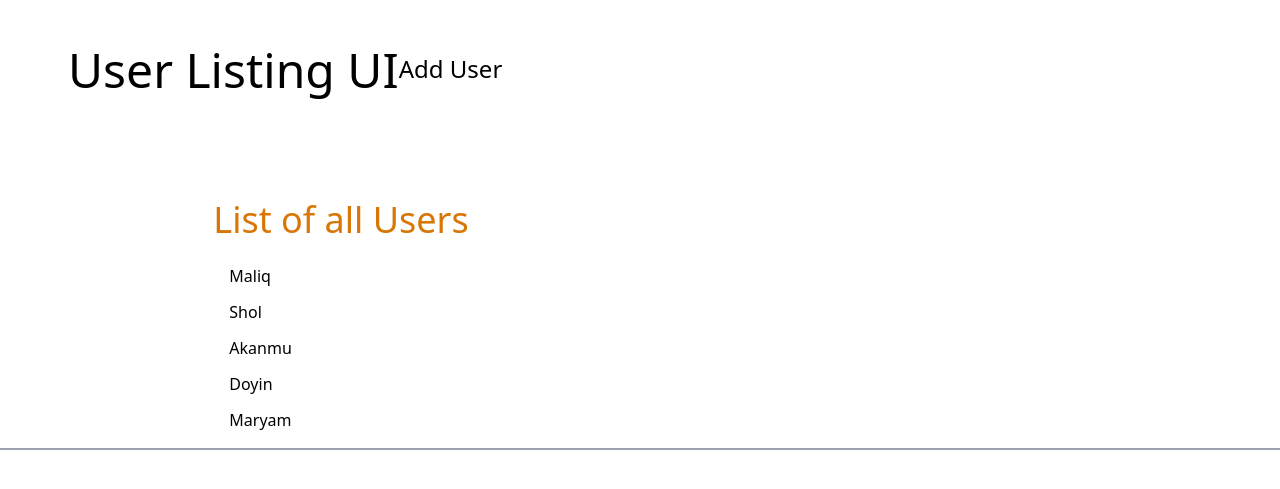
Repository: Marlstergo/listings
Page: /edit (app in client/)
These files come from the project's save history. The page is drawn as it stood at one moment and after the next save; the edit follows.
The browser window is 1280 px wide. The pictures show the whole page.
The project was rebuilt for these pictures with package versions that can differ from the ones it lists, and the page was loaded fresh each time. Also part of the build but not shown: client/craco.config.js, client/src/components/Loader.js, client/src/components/Order.js, client/src/components/Modal.js. Imported but missing from the stored project, and not drawn on this page: client/src/components/Base, client/src/components/Toppings.

Above is the page before, as saved 2021-07-20 23:54:46.

After the next save:
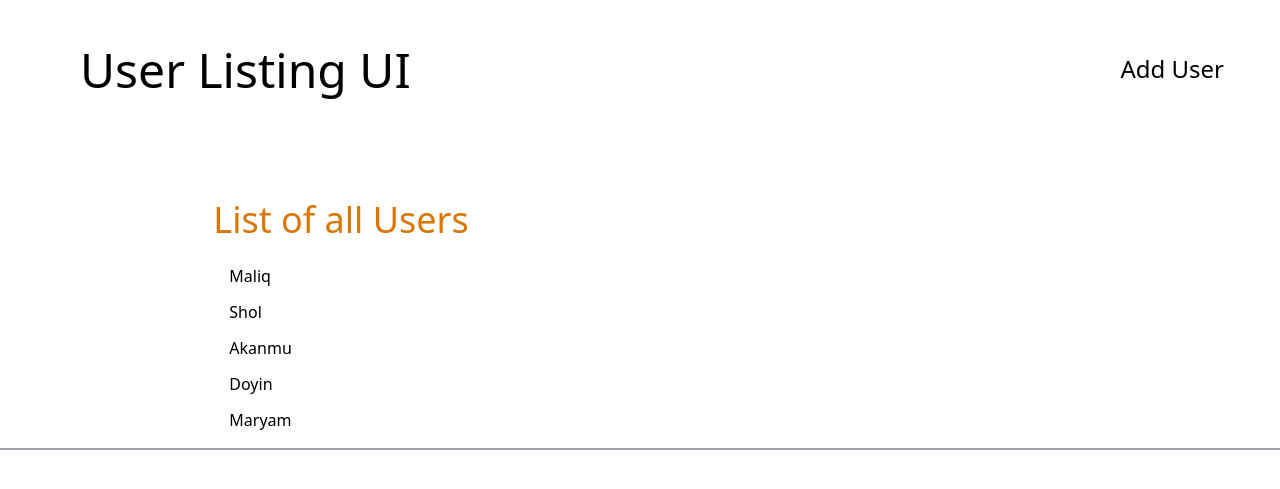
Saved 23 s later.
--- a/client/src/components/Header.js
+++ b/client/src/components/Header.js
@@ -40,7 +40,7 @@ const buttonVariants = {
 
 const Header = () => {
   return (
-    <header className="flex p-14 w-screen justify-between flex-col items-center">
+    <header className="flex p-14 w-screen justify-between  items-center">
       {/* <motion.div
         className="logo"
         drag
@@ -50,7 +50,7 @@ const Header = () => {
 
       </motion.div> */}
       <motion.div
-        className=" flex w-full ml-6 text-xs"
+        className=" flex justify-between w-full ml-6 text-xs"
         initial={{ y: -250 }}
         animate={{ y: -10 }}
         transition={{ delay: 0.2, type: "spring", stiffness: 120 }}
